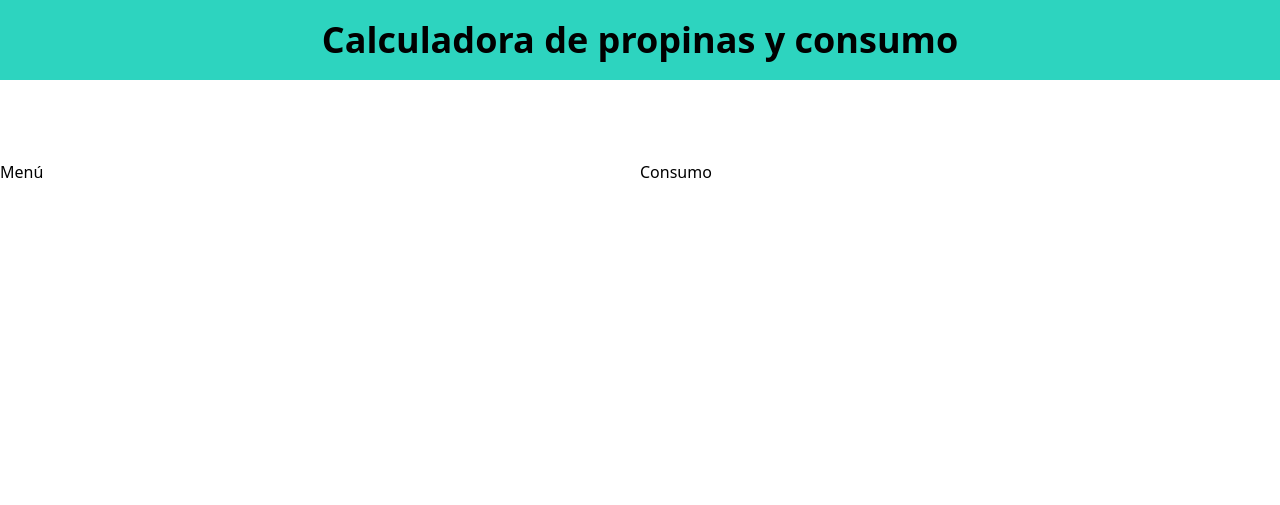
Repository: Samuel-Leal96/calculador_propinas
Page: /
The author's editor kept a copy of each file at every save. The page is drawn from the files as they stood at one save, then again after the next save.
The browser window is 1280 px wide. The pictures show the whole page.
The project was rebuilt for these pictures with package versions that can differ from the ones it lists, and the page was loaded fresh each time. Also part of the build but not shown: vite.config.ts.

Above is the page before, as saved 2025-10-20 17:06:11.

### index.html
<!doctype html>
<html lang="en">
  <head>
    <meta charset="UTF-8" />
    <link rel="icon" type="image/svg+xml" href="/vite.svg" />
    <meta name="viewport" content="width=device-width, initial-scale=1.0" />
    <title>calculaora_propinas</title>
  </head>
  <body>
    <div id="root"></div>
    <script type="module" src="/src/main.tsx"></script>
  </body>
</html>

### src/App.tsx
import { menuItems } from "./data/db";

function App() {

  console.log(menuItems)

  return (
    <>
      <header className="bg-teal-400 p-5">
        <h1 className="text-center text-4xl font-black">Calculadora de propinas y consumo</h1>
      </header>

      <main className="max-w-7xl mx-auto py-20 grid md:grid-cols-2">
        <div>
          <h2>Menú</h2>

        </div>

        <div>
          <h2>Consumo</h2>

        </div>

      </main>
    </>
  )
}

export default App

### src/data/db.ts
import type { MenuItem } from "../types";

export const menuItems: MenuItem[] = [
    {
      "id": 1,
      "name": "Pizza a la Leña Chica",
      "price": 30
    },
    {
      "id": 2,
      "name": "Pizza a la Leña Mediana",
      "price": 50
    },
    {
      "id": 3,
      "name": "Rebanada de Pay de Limón",
      "price": 30
    },
    {
      "id": 4,
      "name": "Rebanada de Pastel de Chocolate",
      "price": 30
    },
    {
      "id": 5,
      "name": "Jugo de Naranja",
      "price": 15
    },
    {
      "id": 6,
      "name": "Pizza a la Leña Grande",
      "price": 70
    },
    {
      "id": 7,
      "name": "Rib Eye 800g",
      "price": 100
    },
    {
      "id": 8,
      "name": "Jugo de Naranja",
      "price": 15
    },
    {
      "id": 9,
      "name": "Tequila",
      "price": 40
    },
    {
      "id": 10,
      "name": "Rebanada de Pay de Queso",
      "price": 30
    },
    {
      "id": 11,
      "name": "Café Americano",
      "price": 20
    },
    {
      "id": 12,
      "name": "Café Capuchino",
      "price": 40
    }
]

### src/components/MenuItem.tsx
export default function MenuItem() {
  return (
    <div>MenuItem</div>
  )
}

Loaded but not shown: src/main.tsx (common file); src/index.css (common file); tailwind.config.js (common file)

After the next save:
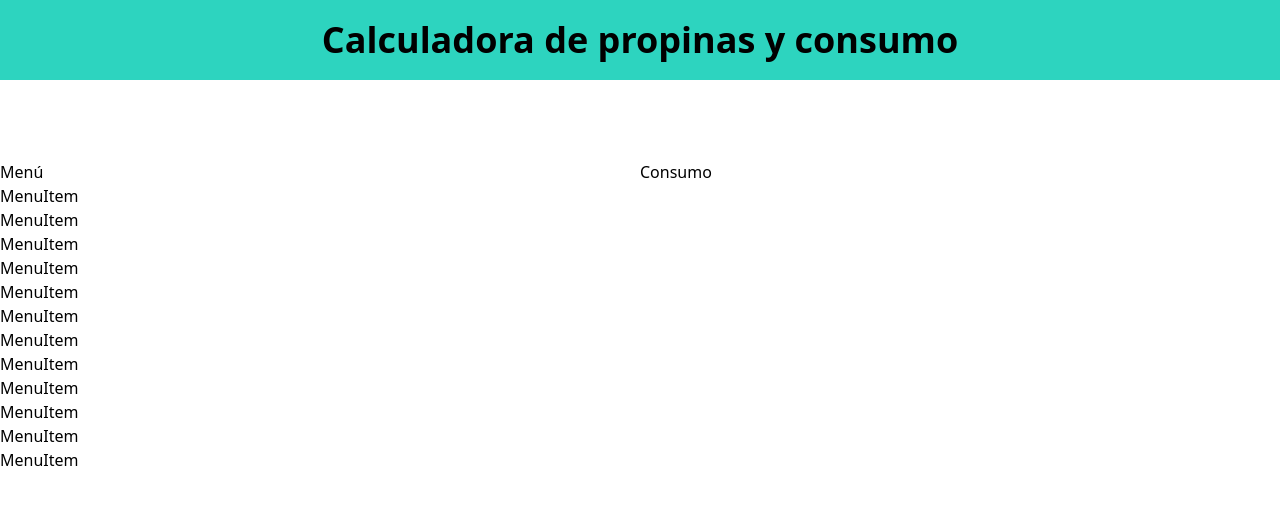
Saved 82 s later.
--- a/src/App.tsx
+++ b/src/App.tsx
@@ -1,8 +1,7 @@
+import MenuItem from "./components/MenuItem";
 import { menuItems } from "./data/db";
 
 function App() {
-
-  console.log(menuItems)
 
   return (
     <>
@@ -14,6 +13,9 @@ function App() {
         <div>
           <h2>Menú</h2>
 
+          {menuItems.map((item) => (
+            <MenuItem/>
+          ))}
         </div>
 
         <div>
